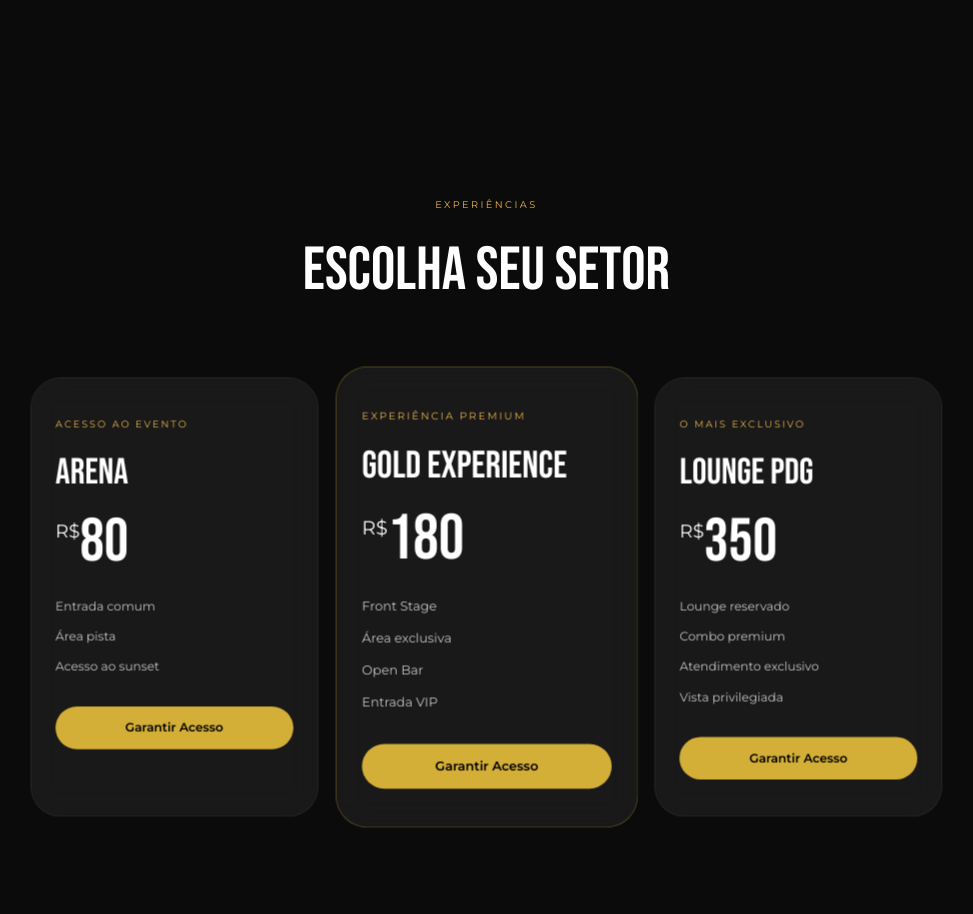
Repository: vitorx091/pdg-single-page
Page: /
The author's editor kept a copy of each file at every save. The page is drawn from the files as they stood at one save, then again after a run of saves.
The browser window is 1280 px wide. The pictures show the part of the page from y = 1548 to 3144 px (the page is 2750 px tall before and 3812 px after), at 76% of full size.
Pictures or frames that could not be fetched are drawn as grey boxes. The project was rebuilt for these pictures with package versions that can differ from the ones it lists, and the page was loaded fresh each time.

Above is the page before, as saved 2026-05-27 21:08:15.

After the next 4 saves:
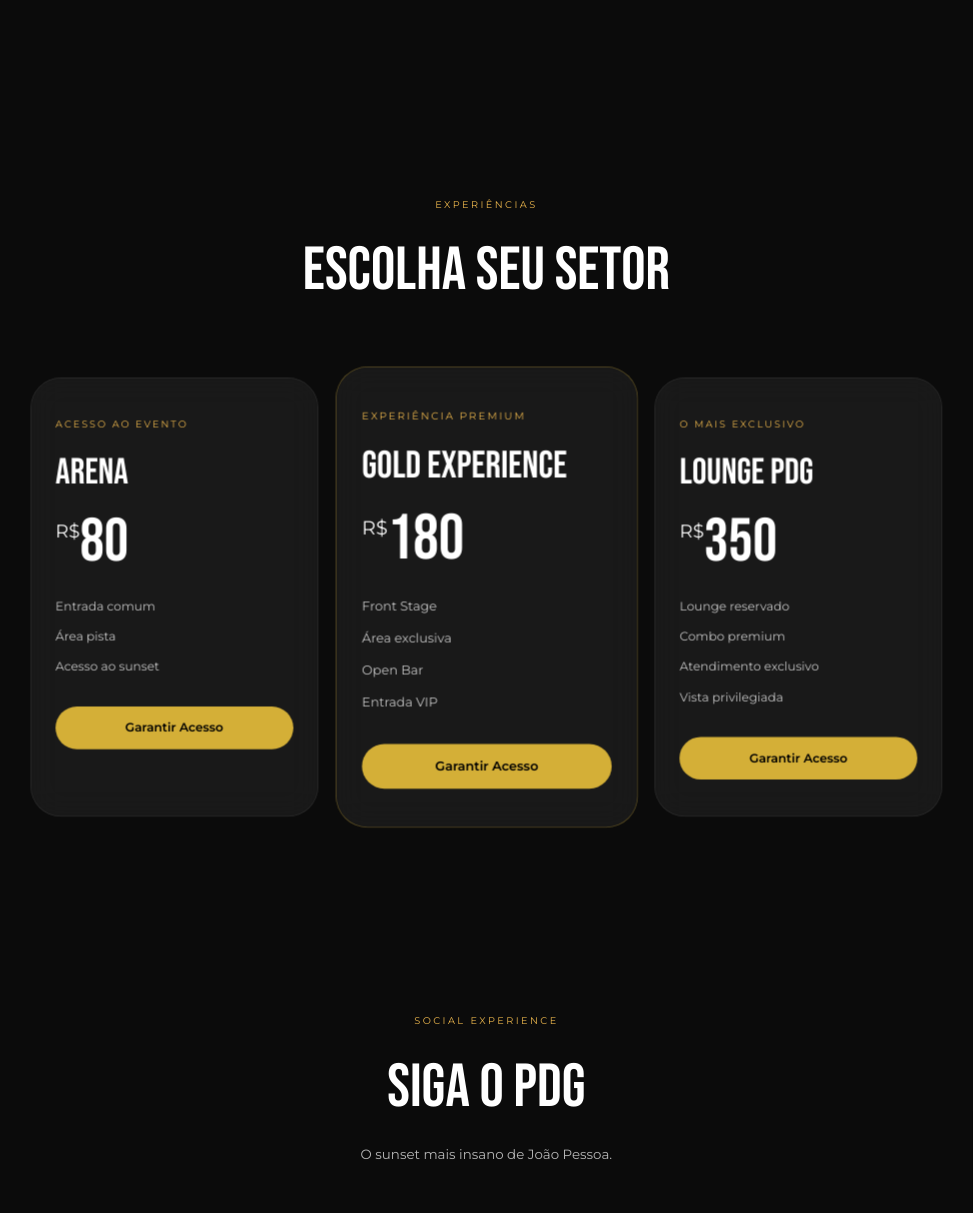
The 4 saves are shown as one change because 1 did not build or start and some came seconds apart.
The last was saved 62 s later.
--- a/src/App.jsx
+++ b/src/App.jsx
@@ -1,6 +1,7 @@
 import Navbar from "./components/layout/Navbar"
 import EventsSection from "./sections/EventsSection"
 import HeroSection from "./sections/HeroSection"
+import InstagramSection from "./sections/InstagramSection"
 import TicketsSection from "./sections/TickestsSection"
 
 
@@ -12,6 +13,7 @@
       <HeroSection/>
       <EventsSection/>
       <TicketsSection/>
+      <InstagramSection/>
 
     </main>
   )
